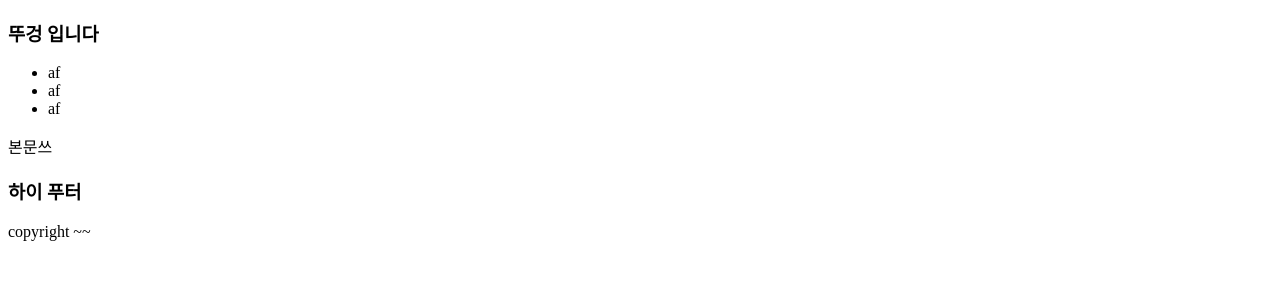
Repository: hyejux/jsp
Page: http://localhost/JSPBasic/jspTag/include.jsp
These files come from the project's save history. The page is drawn as it stood at one moment and after the next save; the edit follows.
The browser window is 1280 px wide. The pictures show the whole page.
The page is served by Tomcat 10.

Above is the page before, as saved 2024-06-25 02:46:18.

After the next save:
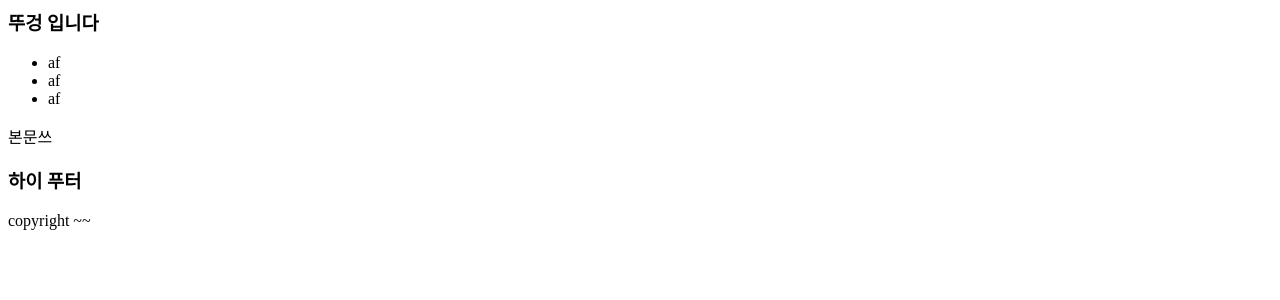
Saved 3 min 2 s later.
--- a/JSPBasic/src/main/webapp/jspTag/include.jsp
+++ b/JSPBasic/src/main/webapp/jspTag/include.jsp
@@ -1,11 +1,6 @@
 <%@ page language="java" contentType="text/html; charset=UTF-8"
     pageEncoding="UTF-8"%>
-<!DOCTYPE html>
-<html>
-<head>
-<meta charset="UTF-8">
-<title>Insert title here</title>
-</head>
+
 <body>
 	<%@ include file="header.jsp" %>
 

After the 2 saves that followed:
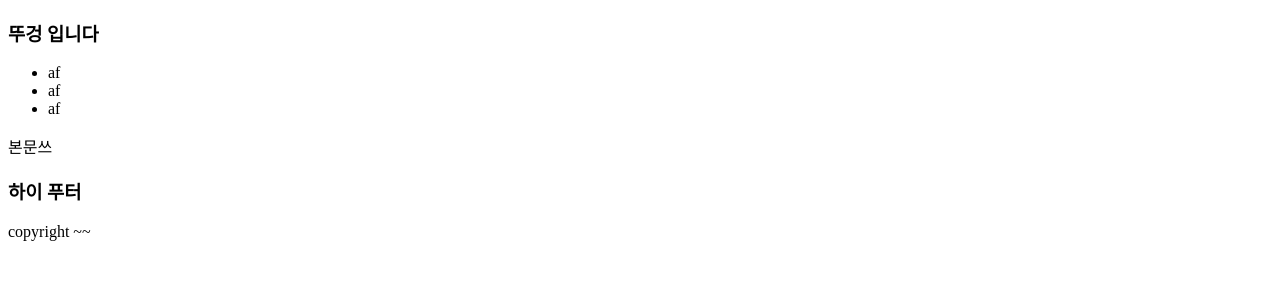
The 2 saves are shown as one change because 1 left the picture as it was.
The last was saved 3 min 5 s later.
--- a/JSPBasic/src/main/webapp/jspTag/include.jsp
+++ b/JSPBasic/src/main/webapp/jspTag/include.jsp
@@ -1,12 +1,9 @@
 <%@ page language="java" contentType="text/html; charset=UTF-8"
     pageEncoding="UTF-8"%>
 
-<body>
+
 	<%@ include file="header.jsp" %>
 
 	본문쓰
 
 	<%@ include file="footer.jsp" %>
-</body>
-
-</html>
--- a/JSPBasic/src/main/webapp/jspTag/footer.jsp
+++ b/JSPBasic/src/main/webapp/jspTag/footer.jsp
@@ -1,13 +1,6 @@
 <%@ page language="java" contentType="text/html; charset=UTF-8"
     pageEncoding="UTF-8"%>
 <!DOCTYPE html>
-<html>
-<head>
-<meta charset="UTF-8">
-<title>Insert title here</title>
-</head>
-<body>
-
 
 <footer>
 
@@ -18,6 +11,3 @@
 </div>
 
 </footer>
-
-</body>
-</html>
